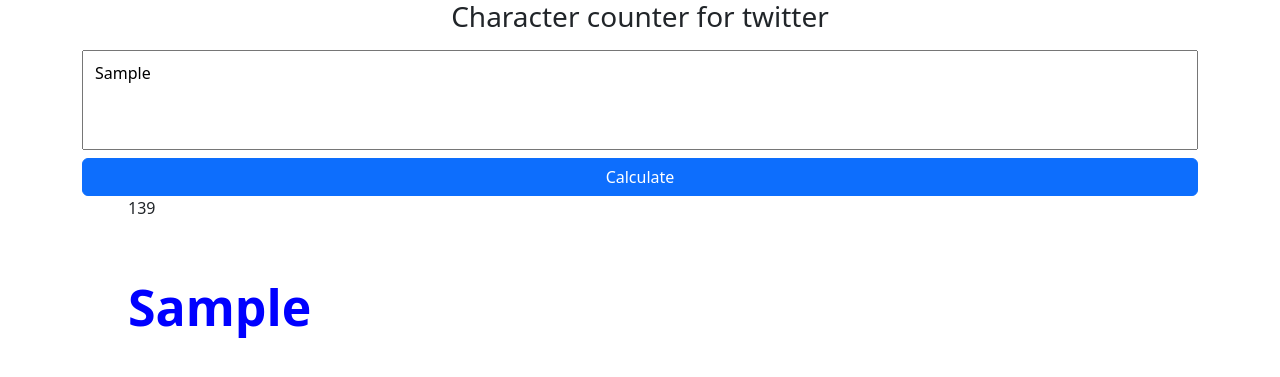
Repository: magmukendi/Tweets-Count
Page: index.html
The author's editor kept a copy of each file at every save. The page is drawn from the files as they stood at one save, then again after the next save.
The browser window is 1280 px wide. The pictures show the whole page.
Empty fields were first filled with sample values (such as "Sample", 5 or name@example.com).
After loading, the first visible `#tt` was changed once.
Some web libraries are served in a nearby version.

Above is the page before, as saved 2022-06-11 15:00:47.

After the next save:
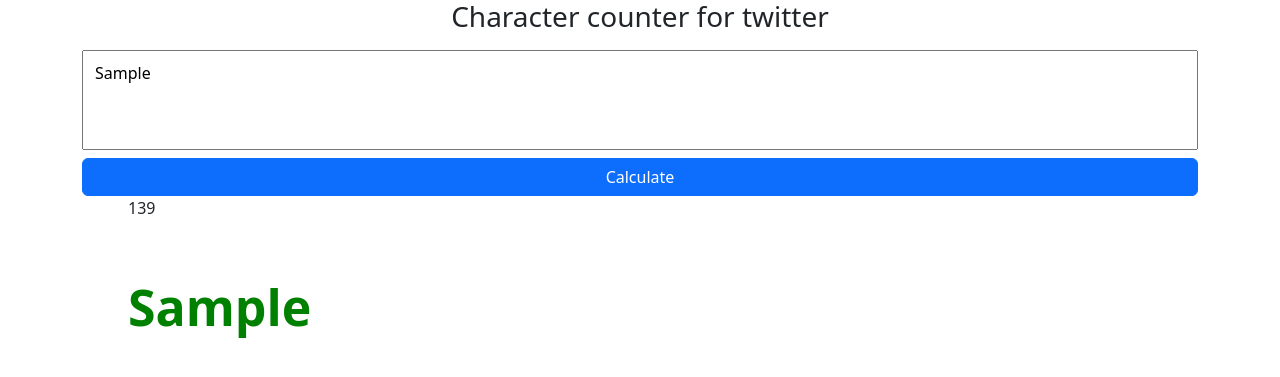
Saved 28 s later.
--- a/app.js
+++ b/app.js
@@ -30,7 +30,7 @@
         let char = /./g
         number.innerText = (145 - s.match(char).length);
 
-        if(s.match(char).lenght <=145/2){
+        if(s.match(char).length <=145/2){
 
                 p.style.color ='green'
         }
